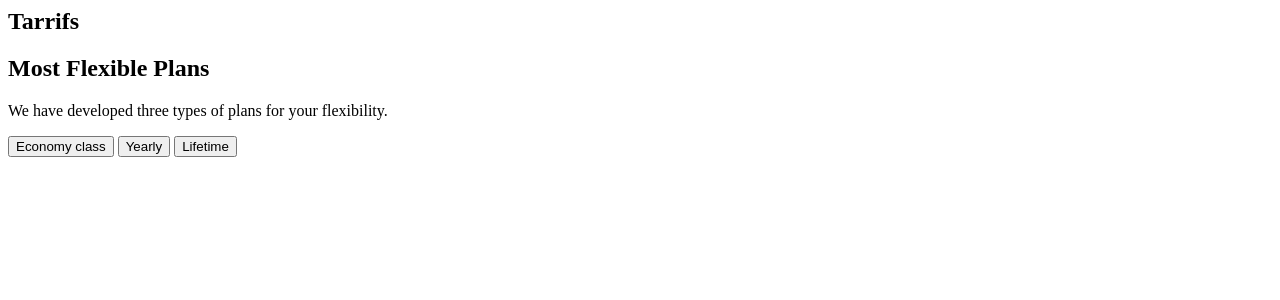
Repository: sanyathecreator/udrive-carsharing
Page: index.tarrifs.partial.html
These files come from the project's save history. The page is drawn as it stood at one moment and after the next save; the edit follows.
The browser window is 1280 px wide. The pictures show the whole page.

Above is the page before, as saved 2025-09-11 00:08:54.

### index.tarrifs.partial.html
<section class="tarrifs">
    <div class="plans__payments container">
      <h1 class ="plans__payments-title">Tarrifs</h1>
      <h2 class="plans__payments-subtitle">Most Flexible Plans</h2>
      <p class="plans__payments-text">We have developed three types of plans for your flexibility.</p>
    </div>

    <div class="tabs" role="tablist" aria-label="Tarrifs">
      <button class="tab is active" data-tab="economy" role = "tab">Economy class</button>
      <button class="tab" role="tab" aria-selected="false" aria-controls="yearly" id="yearly-tab" tabindex="-1">Yearly</button>
      <button class="tab" role="tab" aria-selected="false" aria-controls="lifetime" id="lifetime-tab" tabindex="-1">Lifetime</button>

After the next save:
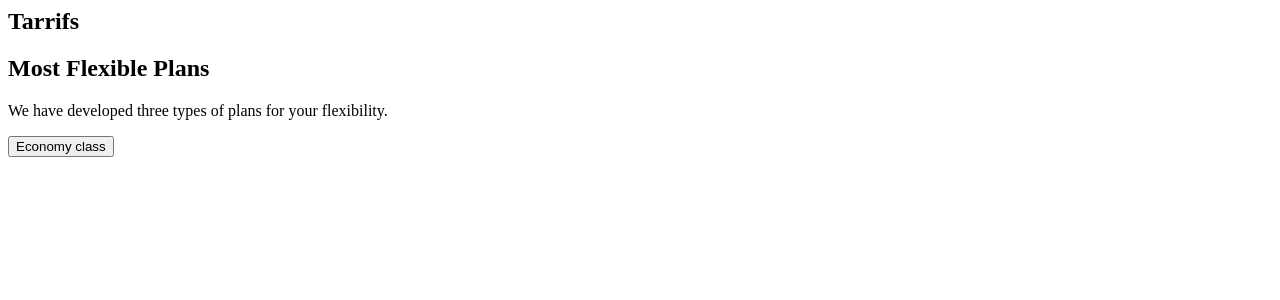
Saved 16 s later.
--- a/index.tarrifs.partial.html
+++ b/index.tarrifs.partial.html
@@ -7,5 +7,3 @@
 
     <div class="tabs" role="tablist" aria-label="Tarrifs">
       <button class="tab is active" data-tab="economy" role = "tab">Economy class</button>
-      <button class="tab" role="tab" aria-selected="false" aria-controls="yearly" id="yearly-tab" tabindex="-1">Yearly</button>
-      <button class="tab" role="tab" aria-selected="false" aria-controls="lifetime" id="lifetime-tab" tabindex="-1">Lifetime</button>
